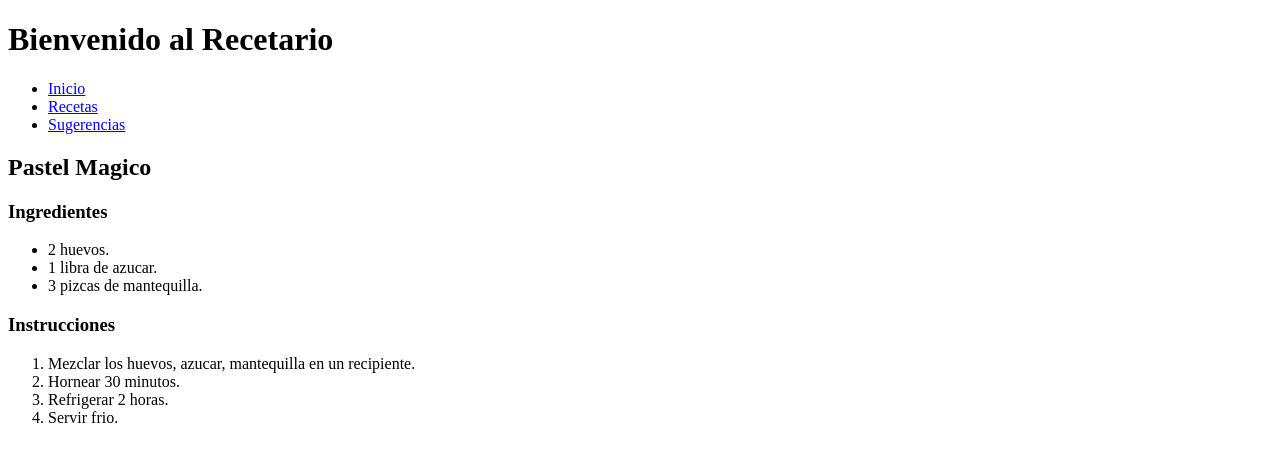
Repository: fredysanchez/PracticaRepositorio
Page: 05 CUARTO SEMESTRE/ARQUITECTURA WEB/Deberes/Deber2_Mundo_Recetas/index.html
The author's editor kept a record of every edit. The page is drawn from the files as they stood at one moment, then again after the next edit.
The browser window is 1280 px wide. The pictures show the whole page.

Above is the page before.

### 05 CUARTO SEMESTRE/ARQUITECTURA WEB/Deberes/Deber2_Mundo_Recetas/index.html
<!DOCTYPE html>
<html>
    <head>
        <title>Mundo de las Recetas</title>
    </head>
    <body>
        <h1>Bienvenido al Recetario</h1>
            <ul>
                <li> <a href="inicio.html" target="_self">Inicio</a></li>
                <li> <a href="recetas.html" target="_self">Recetas</a></li>
                <li> <a href="sugerencias.html" target="_blank">Sugerencias</a></li>
            </ul>
        <h2>Pastel Magico</h2>
        <h3>Ingredientes</h3>
            <ul>
                <li>2 huevos.</li>
                <li>1 libra de azucar.</li>
                <li>3 pizcas de mantequilla.</li>
            </ul>
        <h3>Instrucciones</h3>
            <ol>
                <li>Mezclar los huevos, azucar, mantequilla en un recipiente.</li>
                <li>Hornear 30 minutos.</li>
                <li>Refrigerar 2 horas.</li>
                <li>Servir frio.</li>
            </ol>
    </body>
</html>

After the next edit:
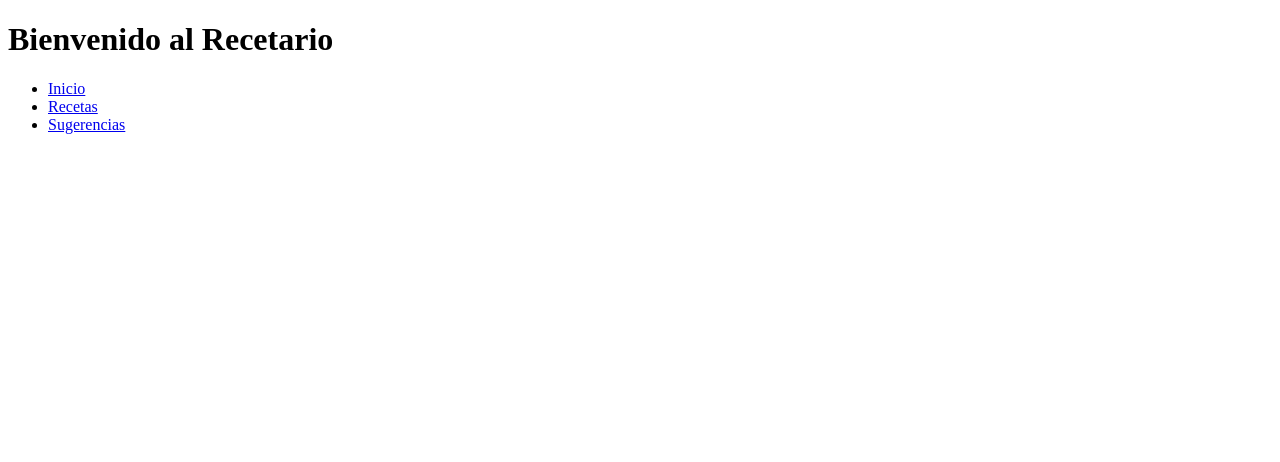
The edit:
--- a/05 CUARTO SEMESTRE/ARQUITECTURA WEB/Deberes/Deber2_Mundo_Recetas/index.html
+++ b/05 CUARTO SEMESTRE/ARQUITECTURA WEB/Deberes/Deber2_Mundo_Recetas/index.html
@@ -1,28 +1,14 @@
 <!DOCTYPE html>
 <html>
     <head>
-        <title>Mundo de las Recetas</title>
+        <title> Mundo de las Recetas</title>
     </head>
     <body>
         <h1>Bienvenido al Recetario</h1>
-            <ul>
-                <li> <a href="inicio.html" target="_self">Inicio</a></li>
-                <li> <a href="recetas.html" target="_self">Recetas</a></li>
-                <li> <a href="sugerencias.html" target="_blank">Sugerencias</a></li>
-            </ul>
-        <h2>Pastel Magico</h2>
-        <h3>Ingredientes</h3>
-            <ul>
-                <li>2 huevos.</li>
-                <li>1 libra de azucar.</li>
-                <li>3 pizcas de mantequilla.</li>
-            </ul>
-        <h3>Instrucciones</h3>
-            <ol>
-                <li>Mezclar los huevos, azucar, mantequilla en un recipiente.</li>
-                <li>Hornear 30 minutos.</li>
-                <li>Refrigerar 2 horas.</li>
-                <li>Servir frio.</li>
-            </ol>
+        <ul>
+            <li> <a href="inicio.html" target="_self">Inicio</a></li>
+            <li> <a href="recetas.html" target="_self">Recetas</a></li>
+            <li> <a href="sugerencias.html" target="_blank">Sugerencias</a></li>
+        </ul>
     </body>
 </html>
